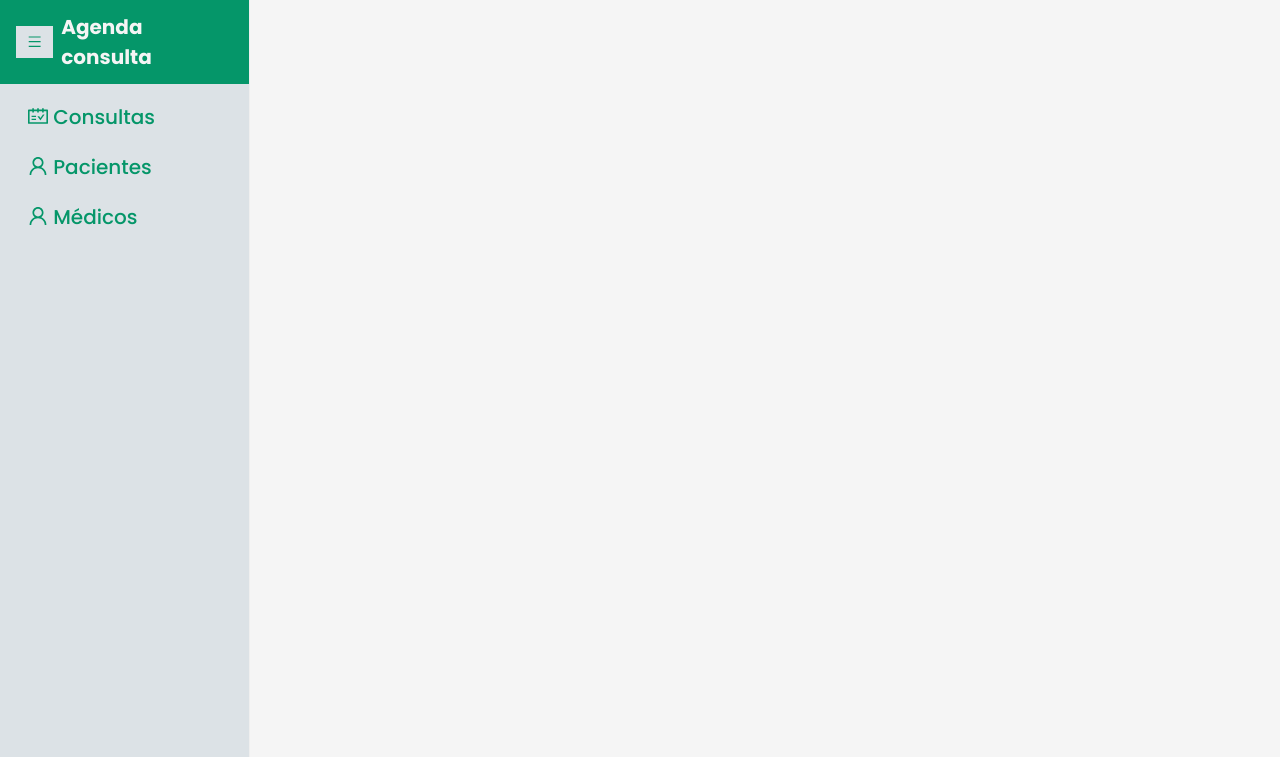
Repository: BarbaraCD/agendaconsulta
Page: /
An editor plug-in stored every save of this project. The page is shown before and after the next save, followed by the edit.
The browser window is 1280 px wide. The pictures show the whole page.
The project was rebuilt for these pictures with package versions that can differ from the ones it lists, and the page was loaded fresh each time. Also part of the build but not shown: vite.config.ts, src/services/ApiConfig.ts, src/services/appointment.services.ts, src/styles/InputContainer.ts, src/styles/Appointments.ts, src/services/doctor.services.ts, src/services/patient.services.ts, src/components/Calendar.tsx and 6 more.

Above is the page before, as saved 2023-09-01 10:20:44.

### index.html
<!DOCTYPE html>
<html lang="en">
  <head>
    <meta charset="UTF-8" />
    <link rel="icon" type="image/svg+xml" href="/vite.svg" />
    <meta name="viewport" content="width=device-width, initial-scale=1.0" />

    <link rel="preconnect" href="https://fonts.googleapis.com">
    <link rel="preconnect" href="https://fonts.gstatic.com" crossorigin>
    <link href="https://fonts.googleapis.com/css2?family=Poppins:wght@400;500;700&display=swap" rel="stylesheet">

    <title>Agendamento de Consulta</title>
  </head>
  <body>
    <div id="root"></div>
    <script type="module" src="/src/main.tsx"></script>
  </body>
</html>

### src/main.tsx
/* eslint-disable @typescript-eslint/no-non-null-assertion */
import React from 'react'
import ReactDOM from 'react-dom/client'
import { ThemeProvider } from 'styled-components'
import GlobalStyle, { Container, Content } from './styles/global'
import { theme } from './styles/Theme.ts'
import App from './App.tsx'
import { Routes } from './routes/index.tsx'
import { BrowserRouter } from 'react-router-dom'

ReactDOM.createRoot(document.getElementById('root')!).render(
  <React.StrictMode>
    <ThemeProvider theme={theme}>
      <GlobalStyle />
      <BrowserRouter>
        <Container>
          <App />
          <Content>
            <Routes />
          </Content>
        </Container>
      </BrowserRouter>
    </ThemeProvider>
  </React.StrictMode>,
)

### src/styles/global.ts
import styled, { createGlobalStyle } from 'styled-components'

export default createGlobalStyle`
  *{
    margin: 0;
    padding: 0;
    box-sizing: border-box;

  }
  body{
    height: 100%;
    width: 100%;
    font-family: 'Poppins', sans-serif;
    background: ${(props) => props.theme.colors.white};
    font-size: ${(props) => props.theme.size.xl};
  }
`

export const Container = styled.div`
  display: flex;
`

export const SidebarGlobal = styled.div`
  width: 16%;
`

export const Content = styled.div`
  flex: 1;
  margin: 0 1rem;
`

### src/styles/Theme.ts
export const theme = {
  colors: {
    primary: '#059669',
    head: '#059669B3',
    100: '#E4FFE1',

    sbcolor: '#DCE2E6',
    gray: '#41414D',
    black: '#000',
    white: '#f5f5f5',
  },
  size: {
    sm: '14px',
    md: '16px',
    lg: '18px',
    xl: '20px',
    xxl: '24px',
  },
}

### src/App.tsx
import { SidebarComponent } from './components/SidebarComponent'

export default function App() {
  return <SidebarComponent />
}

### src/routes/index.tsx
import { AppRoutes } from './app.routes'

export function Routes() {
  return (
    <>
      <AppRoutes />
    </>
  )
}

### src/components/SidebarComponent.tsx
import { MenuOutlined, ScheduleOutlined, UserOutlined } from '@ant-design/icons'
import {
  StyledList,
  StyledItem,
  StyledSidebar,
  ContainerHeader,
  StyleLink,
} from '../styles/SidebarStyled'
import { Link } from 'react-router-dom'
import { useState } from 'react'

export function SidebarComponent() {
  const [collapsed, setCollapsed] = useState(false)

  const toggleSidebar = () => {
    setCollapsed(!collapsed)
  }

  return (
    <StyledSidebar collapsed={collapsed}>
      <ContainerHeader>
        <button onClick={toggleSidebar}>
          <MenuOutlined />
        </button>
        <StyleLink to="/">
          <p>Agenda consulta</p>
        </StyleLink>
      </ContainerHeader>
      <StyledList>
        <StyledItem component={<Link to="/appointments/calendar" />}>
          <ScheduleOutlined /> Consultas
        </StyledItem>
        <StyledItem component={<Link to="/patients/list" />}>
          <UserOutlined /> Pacientes
        </StyledItem>
        <StyledItem component={<Link to="/doctors/list" />}>
          <UserOutlined /> Médicos
        </StyledItem>
      </StyledList>
    </StyledSidebar>
  )
}

### src/routes/app.routes.tsx
import { Routes, Route } from 'react-router-dom'

import { App } from 'antd'
import { AppointmentsCalendar } from '../components/Calendar'
import { InputPatients } from '../components/InputPatient'
import { DoctorTable } from '../components/DoctorTable'
import { PatientTable } from '../components/PatientTable'
import { InputDoctors } from '../components/InputDoctors'
import { CreateAppointments } from '../components/Appointments'

export function AppRoutes() {
  return (
    <Routes>
      <Route path="/" element={<App />} />

      <Route path="/patients/new" element={<InputPatients />} />
      <Route path="/patients/:id/edit" element={<InputPatients />} />
      <Route path="/patients/list" element={<PatientTable />} />

      <Route path="/doctors/new" element={<InputDoctors />} />
      <Route path="/doctors/:id/edit" element={<InputDoctors />} />
      <Route path="/doctors/list" element={<DoctorTable />} />

      <Route path="/appointments/new" element={<CreateAppointments />} />
      <Route path="/appointments/:id/edit" element={<CreateAppointments />} />
      <Route path="/appointments/calendar" element={<AppointmentsCalendar />} />
    </Routes>
  )
}

### src/styles/SidebarStyled.ts
import { Menu, MenuItem, Sidebar } from 'react-pro-sidebar'
import { Link } from 'react-router-dom'
import styled from 'styled-components'

export const ContainerHeader = styled.div`
  padding: 12px 16px;
  width: 100%;
  min-width: 200px;
  font-weight: 700;
  overflow: visible;
  display: flex;
  background-color: ${(props) => props.theme.colors.primary};
  align-items: center;

  button {
    width: 2.5rem;
    height: 2rem;
  }
`

export const StyleLink = styled(Link)`
  text-decoration: none;
  word-break: keep-all;
  padding: 0 0.5rem;
  align-items: center;
  justify-content: start;
  color: ${(props) => props.theme.colors.white};
  font-size: ${(props) => props.theme.sizemd};
  gap: 10px;
`

export const StyledSidebar = styled(Sidebar)`
  font-size: ${(props) => props.theme.size.xl};
  font-weight: 500;
  overflow: hidden;

  button {
    color: ${(props) => props.theme.colors.primary};
    background-color: ${(props) => props.theme.colors.sbcolor};
    border: none;
  }

  width: ${({ collapsed }) => (collapsed ? '70px' : '200px')};
  transition: width 0.3s ease;
`

export const StyledList = styled(Menu)`
  padding: 0.5rem;
  background-color: ${(props) => props.theme.colors.sbcolor};
  height: 93.5vh;
  min-height: 100%;
`

export const StyledItem = styled(MenuItem)`
  cursor: pointer;
  border: ${(props) => props.theme.colors.sbcolor};
  background-color: ${(props) => props.theme.colors.sbcolor};
  line-height: 1.3rem;
  color: ${(props) => props.theme.colors.primary};
`

After the next save:
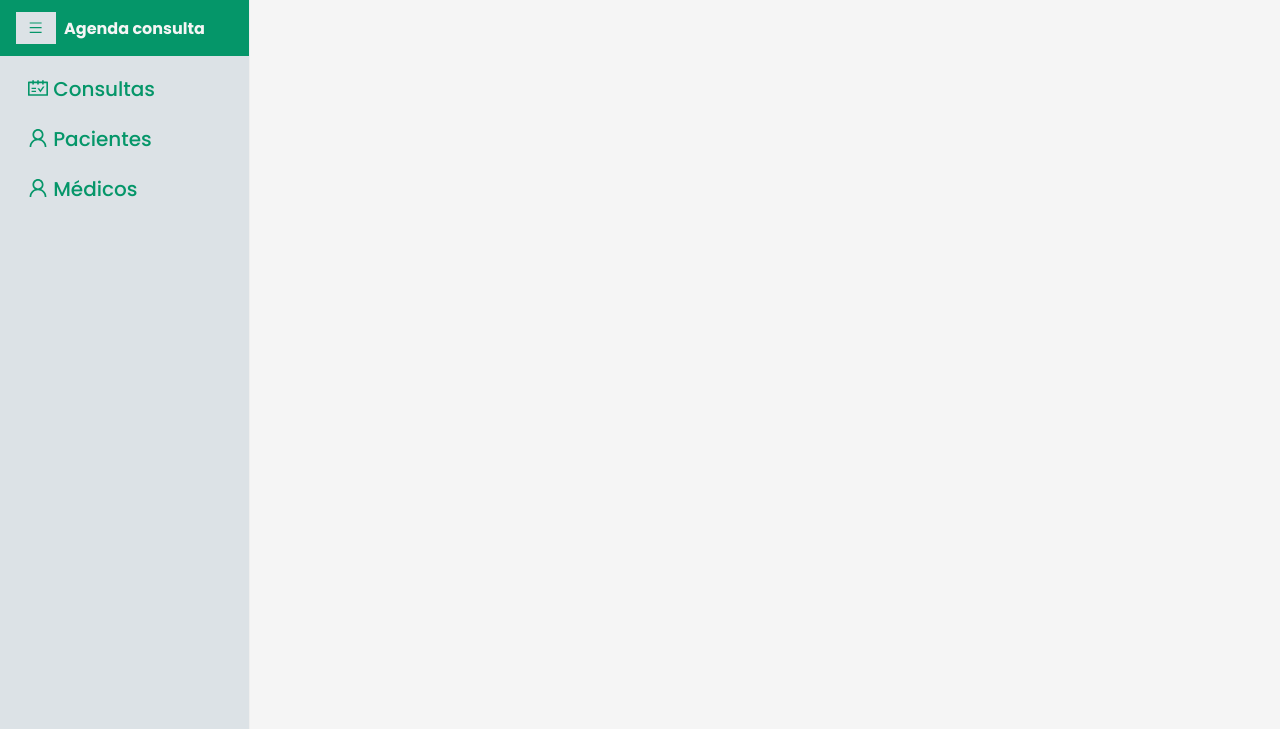
Saved 5 s later.
--- a/src/styles/SidebarStyled.ts
+++ b/src/styles/SidebarStyled.ts
@@ -25,7 +25,7 @@ export const StyleLink = styled(Link)`
   align-items: center;
   justify-content: start;
   color: ${(props) => props.theme.colors.white};
-  font-size: ${(props) => props.theme.sizemd};
+  font-size: ${(props) => props.theme.size.md};
   gap: 10px;
 `
 
